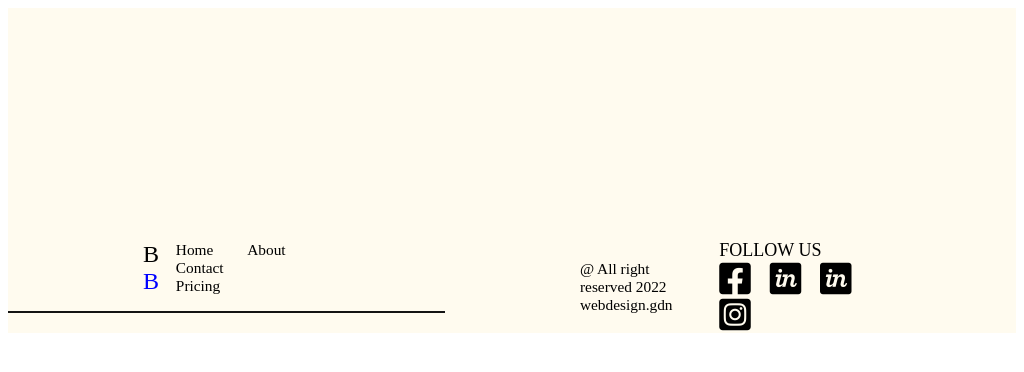
Repository: ngocphuocha/4lifeteam-marketing-agency
Page: index.html
An editor plug-in stored every save of this project. The page is shown before and after the next save, followed by the edit.
The browser window is 1024 px wide. The pictures show the whole page.

Above is the page before, as saved 2023-03-13 16:57:09.

### index.html
<!DOCTYPE html>
<html lang="en">
  <head>
    <meta charset="UTF-8" />
    <meta http-equiv="X-UA-Compatible" content="IE=edge" />
    <meta name="viewport" content="width=device-width, initial-scale=1.0" />
    <title>Landing page</title>
    <!-- hoang nhi css -->
    <link rel="stylesheet" href="css/footer-service.css" />
    <link rel="stylesheet" href="https://use.fontawesome.com/releases/v5.15.4/css/all.css" integrity="sha384-DyZ88mC6Up2uqS4h/KRgHuoeGwBcD4Ng9SiP4dIRy0EXTlnuz47vAwmeGwVChigm" crossorigin="anonymous"/>
  </head>
  <body>
    <!-- Our service (Hoang nhi) -->

    <!--  our service (hoang nhi) -->
  </body>


    <div class="background-footer">
          <div class="container">
            <div class="footer-left">
              <span class="span-1">B</span>
              <span class="span-2">B</span>
            </div>
            <div class="footer-right">
              <span>Home</span>
              <span>About</span>
              <span>Contact</span>
              <span>Pricing</span>
            </div>
          </div>
          <div class="footer">
            <div class="text-left">
              <span>@ All right reserved 2022 webdesign.gdn</span>
            </div>
            <div class="text-right">
              <span>FOLLOW US</span>
              <i class="fab fa-facebook-square"></i>
              <i class="fab fa-invision"></i>
              <i class="fab fa-invision"></i>
              <i class="fab fa-instagram-square"></i>
            </div>
          </div>
          <!-- <div class="list-left">
            <a>dsadsa</a>
          </div>
          <div class="list-right">
            <ul>
              <li>
                <a>Home</a>
              </li>
              <li>
                <a>About</a>
              </li>
              <li>
                <a>Contact</a>
              </li>
              <li>
                <a>Pricing</a>
              </li>
            </ul>
          </div>
          <div class="navbar">
            <a style="color: white;">dsadsa</a>
          </div>
          <div class="footer-text">
            <a>@ All right reserved 2022 webdesign.gdn</a>
          </div>
          <div class="footer-icons">
            <ul>
              <li>
                <a>FOLLOW US</a>
              </li>
              <li>
                <i class="fab fa-facebook-square"></i>
              </li>
              <li>
                <i class="fab fa-invision"></i>

              </li>
              <li>
                <i class="fab fa-twitter-square"></i>
              </li>
              <li>
                <i class="fab fa-instagram-square"></i>
              </li>

            </ul>
          </div> -->

    </div>
</html>

### css/footer-service.css
/*

.background-footer{
    width: 100%;
    background: #FFFBEF;
}

.background-footer .footer-text{
    margin-left: 135px;
}



.background-footer .list-right{
   float: right;
}

.background-footer .list-right ul{
   display: flex;
   list-style: none;
   margin-right: 135px;
 }
 .background-footer .list-right ul li{
    padding-left: 30px;
  }

  .background-footer .navbar{
    float: left;
    border-bottom: 2px solid rgba(5, 5, 5, 0.938);
    width: 1250px;
    margin-left: 135px;
    margin-right: 135px;
 }
 .background-footer .footer-text{
    float: left;
    padding-top: 34px;
 }

 .background-footer .footer-icons{
    float: right;
    padding-top: 34px;
 }

 .background-footer .footer-icons ul{
    display: flex;
    list-style: none;
    margin-right: 135px;
 }
 .background-footer .footer-icons ul li{
    padding-left: 12px;

 }
 .background-footer .footer-icons ul li a{
    text-decoration: none;
 }



  */


  .background-footer{
    background: #FFFBEF;
    padding-top: 232px;
  }

  .background-footer .container{
    display: flex;
    justify-content: space-between;
    align-items: center;
    padding: 0px 135px 15px;
    border-bottom: 2px solid rgba(5, 5, 5, 0.938);
    margin-bottom: 20px;
  }

  .background-footer .container .footer-left .span-1{
    font-size: 24px;
  }
  .background-footer .container .footer-left .span-2{
    font-weight: 700px;
    font-size: 24px;
    color: blue;
  }

  .background-footer .container .footer-right span{
    padding: 0px 15px;
  }

  .background-footer .footer{
    display: flex;
    align-items: center;
    justify-content: space-between;
    padding: 0px 135px;
  }

  .background-footer .footer .text-right{
    padding-right: 15px;
  }
  .background-footer .footer .text-right span{
    padding: 0px 15px;
    font-size: 18px;
  }
  .background-footer .footer .text-right i{
    padding-left: 15px;
    font-size: 36px;
  }

  @media (min-width: 800px) and (max-width: 1080px) {
    .background-footer{
        display: flex;
        font-size: 1.5vmax;
    }
    .background-footer .footer .text-right i{
        /* display: flex;
        font-size: 1vmax;
        margin: 0 0.5vmax; */
    }
  }

After the next save:
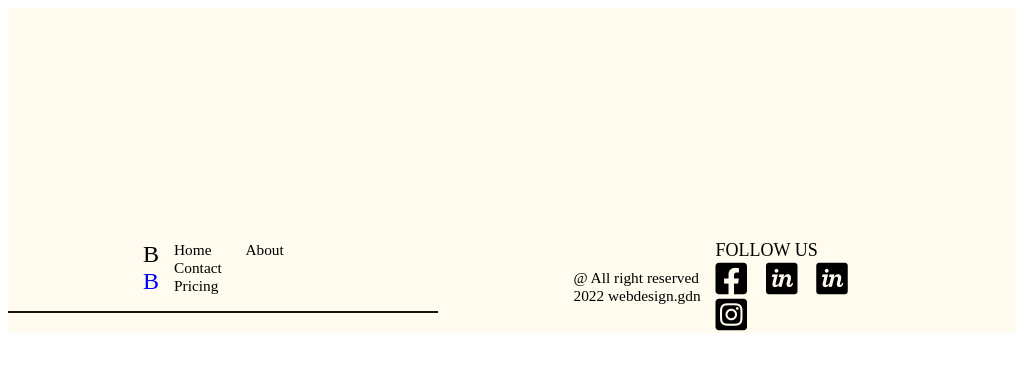
Saved 47 s later.
--- a/css/footer-service.css
+++ b/css/footer-service.css
@@ -115,4 +115,8 @@
         font-size: 1vmax;
         margin: 0 0.5vmax; */
     }
+
+    .background-footer .container .footer-left span{
+        display: flex;
+      }
   }
